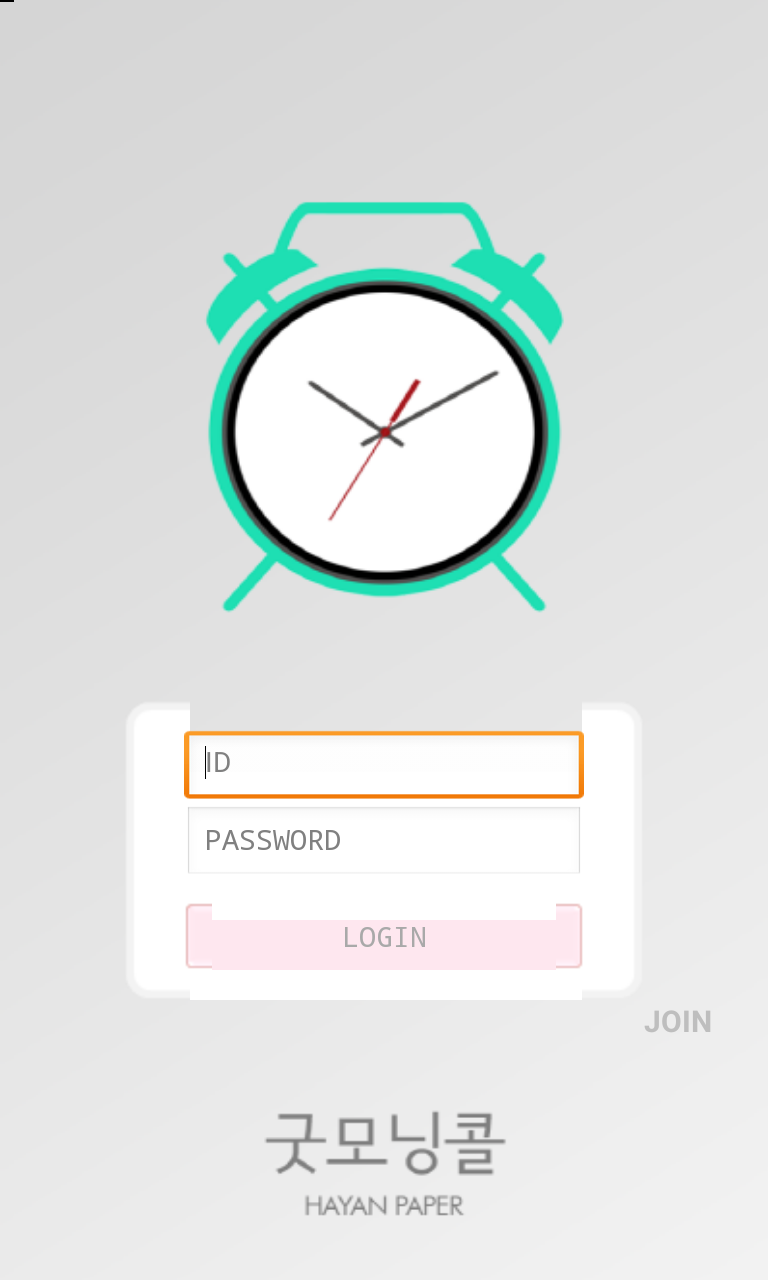
Repository: blacky512/smart_morning_call
Layout: client/SmartMorningCall/res/layout/login_activity.xml
These files come from the project's save history. The layout is drawn as it stood at one moment and after the next save; the edit follows.
It is drawn on a 768 x 1280 px phone screen (xhdpi) without system bars, with theme android:Theme.NoTitleBar; the app's code is not run.

Above is the layout before, as saved 2013-02-25 17:25:42.

### client/SmartMorningCall/res/layout/login_activity.xml
<RelativeLayout xmlns:android="http://schemas.android.com/apk/res/android"
    xmlns:tools="http://schemas.android.com/tools"
    android:id="@+id/RelativeLayout1"
    android:layout_width="match_parent"
    android:layout_height="match_parent"
    android:background="@drawable/jhk_mainr"
    android:padding="0dp"
    tools:context=".MainActivity" >

    <RelativeLayout
        android:id="@+id/subRL"
        android:layout_width="260dp"
        android:layout_height="360dp"
        android:layout_centerHorizontal="true"
        android:layout_centerVertical="true"
        android:gravity="bottom"
        android:orientation="vertical" >

        <FrameLayout
            android:id="@+id/titleFrame"
            android:layout_width="match_parent"
            android:layout_height="80dp"
            android:layout_alignParentTop="true"
            android:layout_centerHorizontal="true"
            android:layout_gravity="center_horizontal"
            android:background="#00ff0000" >
        </FrameLayout>

        <RelativeLayout
            android:id="@+id/rl2"
            android:layout_width="match_parent"
            android:layout_height="220dp"
            android:layout_alignParentLeft="true"
            android:layout_below="@+id/titleFrame"
            android:layout_gravity="bottom"
            android:layout_marginTop="130dp"
            android:background="@drawable/te"
            android:gravity="top"
            android:orientation="vertical"
            android:paddingBottom="15dp"
            android:paddingLeft="30dp"
            android:paddingRight="30dp"
            android:paddingTop="15dp" >

            <LinearLayout
                android:layout_width="match_parent"
                android:layout_height="match_parent"
                android:layout_centerInParent="true"
                android:orientation="vertical" android:id="@+id/linearLayout1">

                <EditText
                    android:id="@+id/etId"
                    android:layout_width="match_parent"
                    android:layout_height="14dp"
                    android:layout_weight="1"
                    android:ems="10"
                    android:hint="ID"
                    android:includeFontPadding="false"
                    android:textSize="14dp" >

                    <requestFocus />
                </EditText>

                <EditText
                    android:id="@+id/etPw"
                    android:layout_width="match_parent"
                    android:layout_height="14dp"
                    android:layout_weight="1"
                    android:ems="10"
                    android:hint="PASSWORD"
                    android:inputType="textPassword"
                    android:textSize="14dp"
                    android:typeface="monospace" />

                <Button
                    android:id="@+id/btnLg"
                    android:layout_width="match_parent"
                    android:layout_height="10dp"
                    android:layout_marginTop="10dp"
                    android:layout_weight="1"
                    android:background="@drawable/bn"
                    android:padding="0dp"
                    android:text="LOGIN"
                    android:textColor="#a9a9a9"
                    android:textSize="14dp"
                    android:textStyle="normal"
                    android:typeface="monospace" />
            </LinearLayout>
            <RelativeLayout android:layout_width="70dp" android:layout_height="60dp" android:layout_alignParentBottom="true" android:layout_toRightOf="@+id/linearLayout1">
                <TextView android:id="@+id/join" android:layout_width="wrap_content" android:layout_height="wrap_content" android:clickable="true" android:text="JOIN" android:textSize="15sp" android:textStyle="bold"/>
            </RelativeLayout>
        </RelativeLayout>
    </RelativeLayout>

    <RelativeLayout
        android:layout_width="70dp"
        android:layout_height="60dp"
        android:layout_below="@+id/subRL"
        android:layout_toRightOf="@+id/subRL" >

        <TextView
            android:id="@+id/join"
            android:layout_width="wrap_content"
            android:layout_height="wrap_content"
            android:clickable="true"
            android:text="JOIN"
            android:textSize="15sp"
            android:textStyle="bold" />

    </RelativeLayout>

</RelativeLayout>

After the next save:
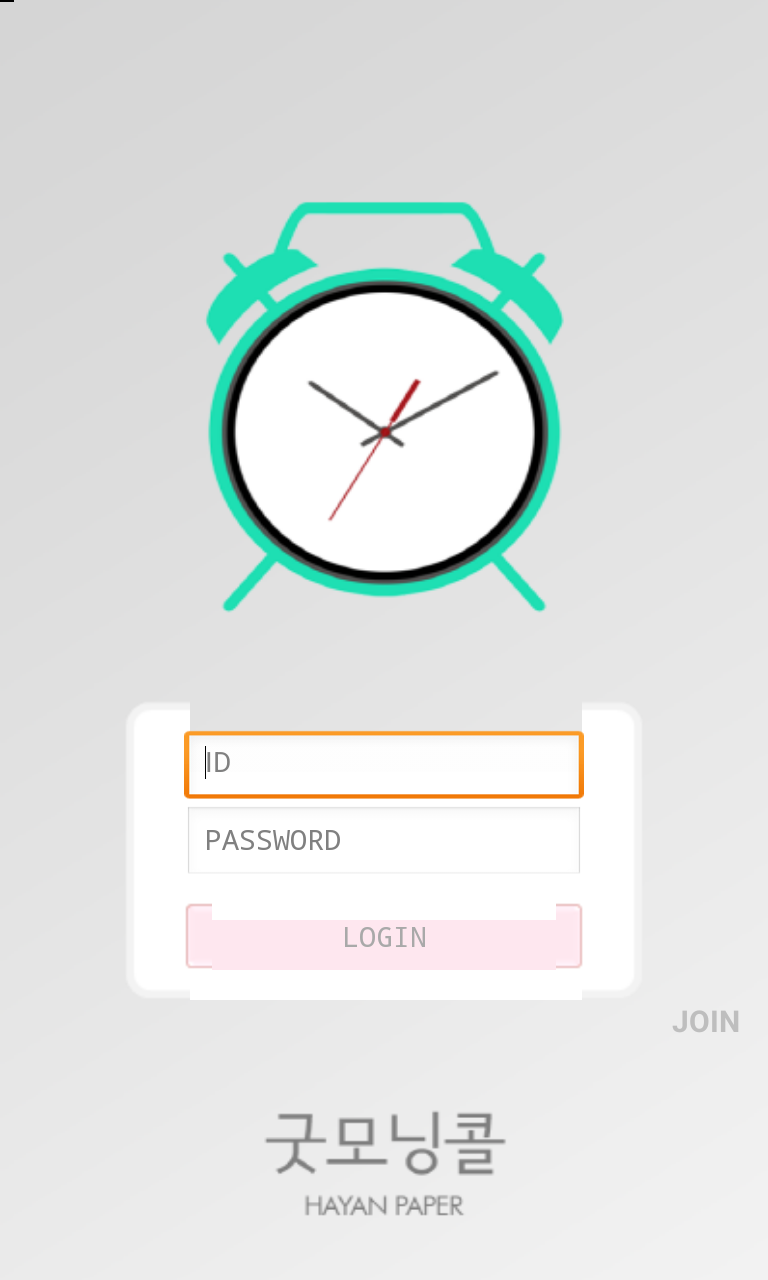
Saved 29 s later.
--- a/client/SmartMorningCall/res/layout/login_activity.xml
+++ b/client/SmartMorningCall/res/layout/login_activity.xml
@@ -102,6 +102,8 @@
             android:id="@+id/join"
             android:layout_width="wrap_content"
             android:layout_height="wrap_content"
+            android:layout_alignParentTop="true"
+            android:layout_centerHorizontal="true"
             android:clickable="true"
             android:text="JOIN"
             android:textSize="15sp"
